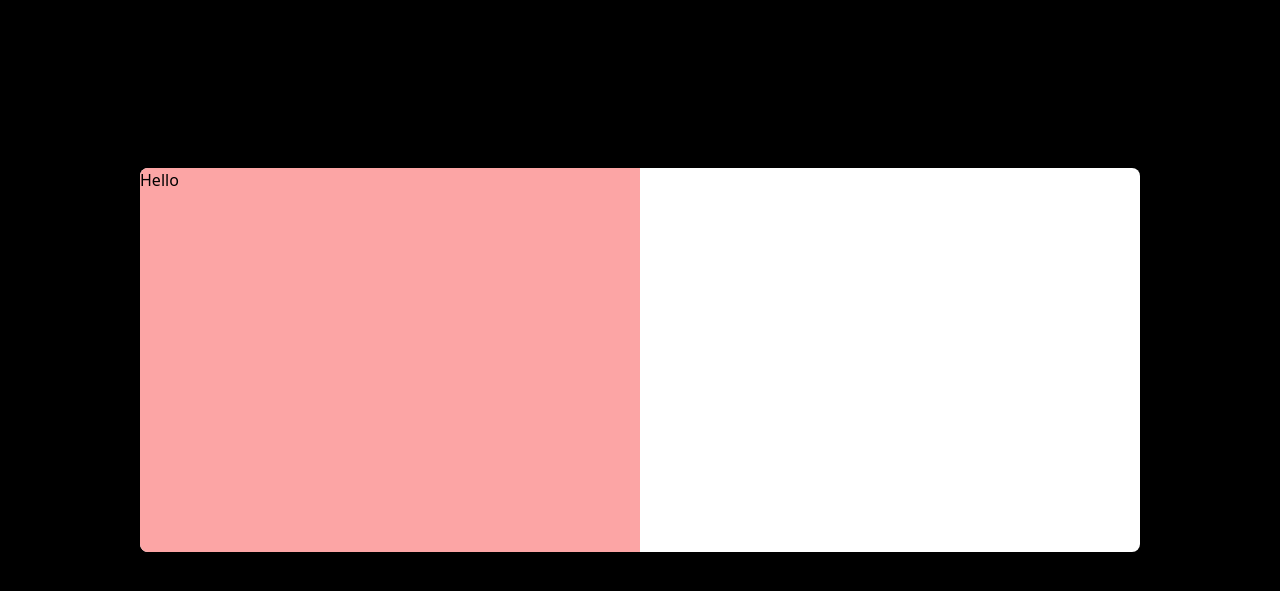
Repository: BerlinWebDev/FrontendMaster_PreviewMentor
Page: /
These files come from the project's save history. The page is drawn as it stood at one moment and after the next save; the edit follows.
The browser window is 1280 px wide. The pictures show the whole page.
The project was rebuilt for these pictures with package versions that can differ from the ones it lists, and the page was loaded fresh each time.

Above is the page before, as saved 2023-11-11 01:16:58.

After the next save:
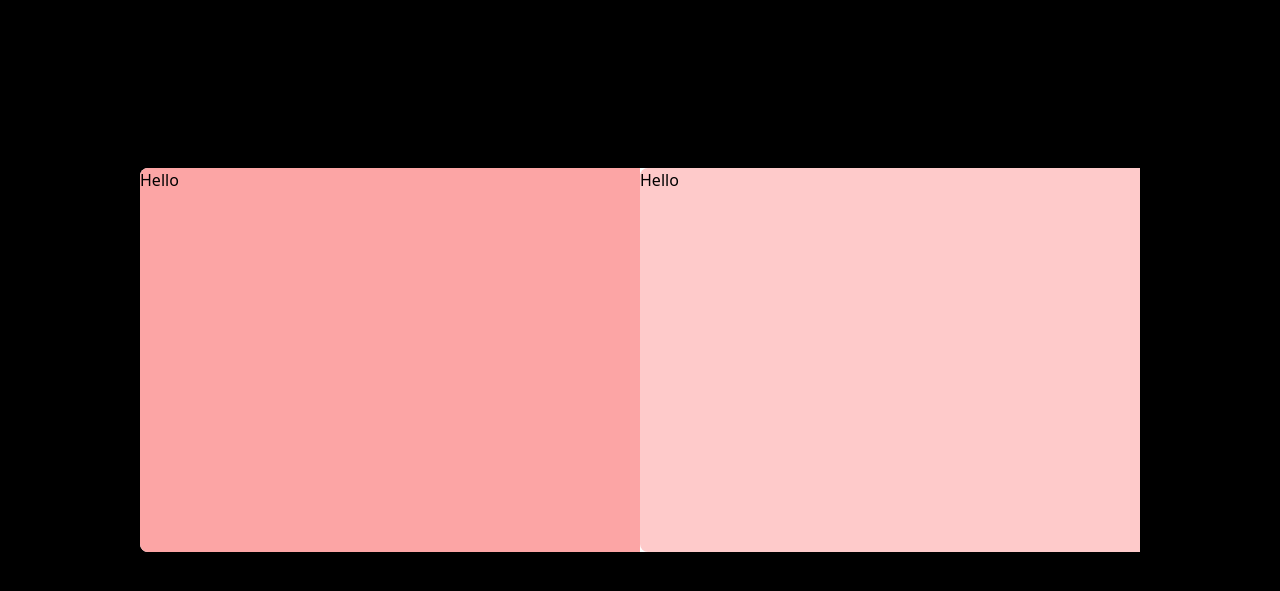
Saved 19 s later.
--- a/src/App.js
+++ b/src/App.js
@@ -9,6 +9,7 @@ function App() {
       <main className="flex min-h-screen flex-col items-center justify-center bg-black">
         <div className="flex h-96 w-[1000px] rounded-lg bg-white">
           <aside className="w-1/2 bg-red-300 rounded-l-lg">Hello</aside>
+          <aside className="w-1/2 bg-red-200 rounded-l-lg">Hello</aside>
         </div>
       </main>
     </>
